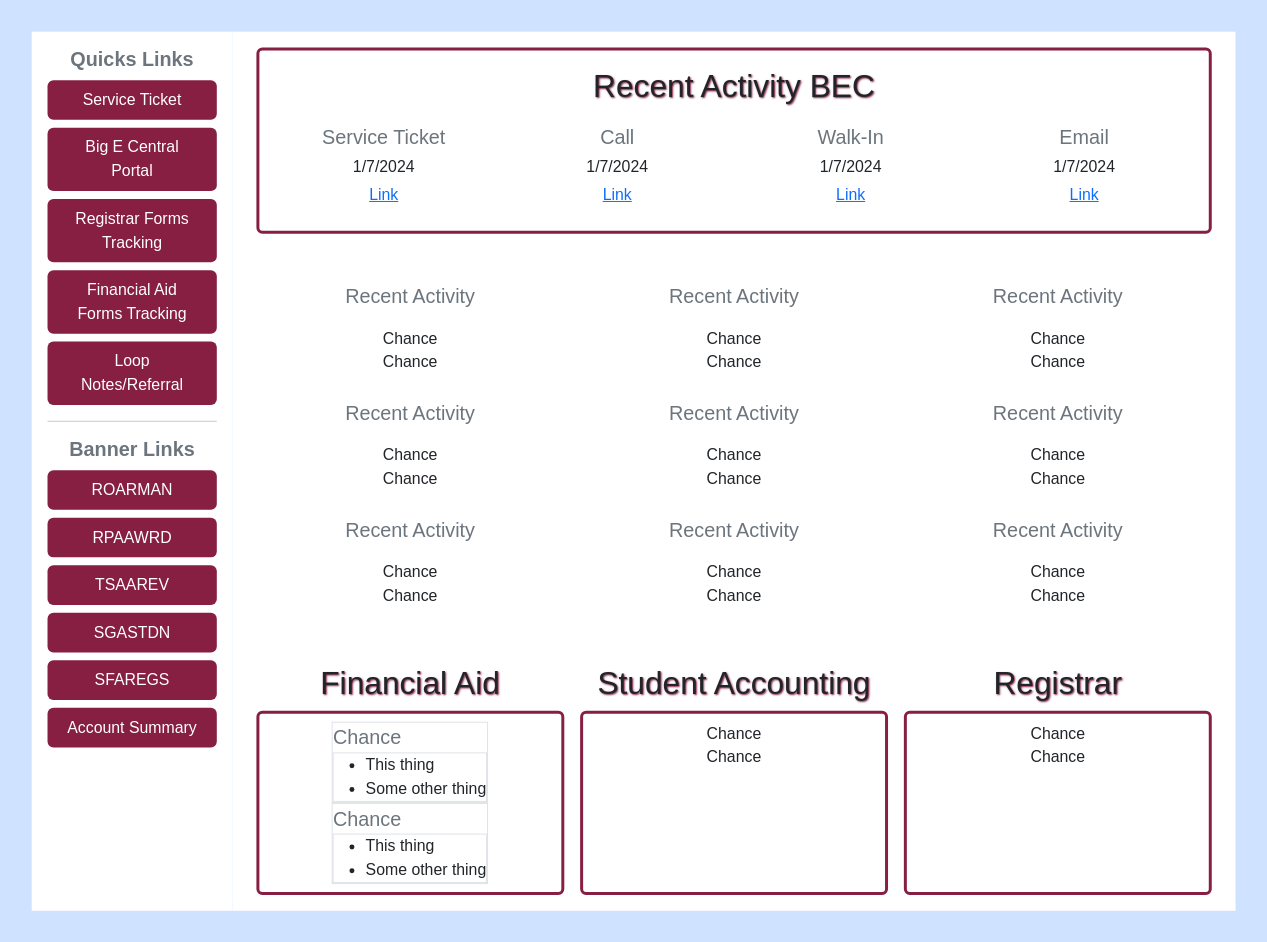
Repository: chancellor-w-whitaker/bec-tab
Page: /
These files come from the project's save history. The page is drawn as it stood at one moment and after the next save; the edit follows.
The browser window is 1280 px wide. The pictures show the whole page, at 99% of full size.
Some web fonts or font styles are not loaded; a fallback is used. The project was rebuilt for these pictures with package versions that can differ from the ones it lists, and the page was loaded fresh each time. Also part of the build but not shown: vite.config.js.

Above is the page before, as saved 2024-01-07 19:47:29.

### src/main.jsx
// Bootstrap Bundle JS
import "bootstrap/dist/js/bootstrap.bundle.min";
// Bootstrap CSS
import "bootstrap/dist/css/bootstrap.min.css";
import ReactDOM from "react-dom/client";
import React from "react";

import App from "./App.jsx";
import "./index.css";

ReactDOM.createRoot(document.getElementById("root")).render(
  <React.StrictMode>
    <App />
  </React.StrictMode>
);

### src/App.jsx
import { useEffect } from "react";

import "./App.css";

const genericSentences = [
  `It is a long established fact that a reader will be distracted by the readable content of a page when looking at its layout.`,
  `The point of using Lorem Ipsum is that it has a more-or-less normal distribution of letters, as opposed to using 'Content here, content here', making it look like readable English.`,
  `Many desktop publishing packages and web page editors now use Lorem Ipsum as their default model text, and a search for 'lorem ipsum' will uncover many web sites still in their infancy.`,
  `Various versions have evolved over the years, sometimes by accident, sometimes on purpose (injected humour and the like).`,
];

const ekuMaroon = "#861f41";

const ekuBorder = { border: `3px solid ${ekuMaroon}` };

const SomeBlock = ({
  paragraph = genericSentences.slice(0, 1).map((sen) => sen),
  href = "https://www.eku.edu/",
  title = "Chancellor",
  linkText = "Link",
  date,
}) => {
  return (
    <div className="p-2 d-flex flex-column gap-1 col">
      <div className="fs-5 text-secondary fw-medium">{title}</div>
      <div>{date}</div>
      <a rel="noreferrer" target="_blank" href={href}>
        {linkText}
      </a>
    </div>
  );
};

const ShadowyTitle = ({ children = "Placeholder" }) => {
  return (
    <div
      style={{ textShadow: `1px 1px 2px ${ekuMaroon}` }}
      className="fs-2 lh-sm"
    >
      {children}
    </div>
  );
};

const useBodyBgVariant = (bgVariant = "body-tertiary") => {
  useEffect(() => {
    document.body.classList.add(`bg-${bgVariant}`);

    return () => {
      document.body.classList.remove(`bg-${bgVariant}`);
    };
  }, [bgVariant]);
};

const Card = ({
  children = (
    <>
      <div>Chance</div>
      <div>Chance</div>
    </>
  ),
  title = <div className="fs-5 text-secondary fw-medium">Recent Activity</div>,
  width = 250,
  style = {},
}) => {
  return (
    <>
      <div className="d-flex flex-column gap-2 text-center" style={{ width }}>
        {title}
        <div className="p-2 rounded bg-white" style={{ ...style }}>
          {children}
        </div>
      </div>
    </>
  );
};

const NavItem = ({ href = "https://www.eku.edu/", ...rest }) => {
  return (
    <li className="nav-item">
      <a
        style={{ backgroundColor: ekuMaroon }}
        className="nav-link active"
        aria-current="page"
        rel="noreferrer"
        target="_blank"
        href={href}
        {...rest}
      ></a>
    </li>
  );
};

const Sidebar = () => {
  return (
    <>
      <div className="sidebar col-md-3 col-lg-2 p-3 bg-white">
        <div className="d-flex flex-column text-center">
          <div className="fs-5 mb-2 lh-sm fw-semibold text-secondary">
            Quicks Links
          </div>
          <ul className="nav nav-pills flex-column gap-2">
            <NavItem>Service Ticket</NavItem>
            <NavItem>Big E Central Portal</NavItem>
            <NavItem>Registrar Forms Tracking</NavItem>
            <NavItem>Financial Aid Forms Tracking</NavItem>
            <NavItem>Loop Notes/Referral</NavItem>
          </ul>
        </div>
        <hr></hr>
        <div className="d-flex flex-column text-center">
          <div className="fs-5 mb-2 lh-sm fw-semibold text-secondary">
            Banner Links
          </div>
          <ul className="nav nav-pills flex-column gap-2">
            <NavItem>ROARMAN</NavItem>
            <NavItem>RPAAWRD</NavItem>
            <NavItem>TSAAREV</NavItem>
            <NavItem>SGASTDN</NavItem>
            <NavItem>SFAREGS</NavItem>
            <NavItem>Account Summary</NavItem>
          </ul>
        </div>
      </div>
    </>
  );
};

const Main = () => {
  return (
    <>
      <div className="col-md-9 ms-sm-auto col-lg-10 px-md-4 py-3 bg-white">
        <div className="d-flex flex-column gap-5">
          {/* <div className="text-bg-light p-2"></div> */}
          {/* <Card width={"auto"}></Card> */}
          <div
            className="rounded text-center p-3 d-flex flex-column gap-2"
            style={{ ...ekuBorder }}
          >
            <ShadowyTitle>Recent Activity BEC</ShadowyTitle>
            <div className="d-flex gap-3 flex-wrap text-nowrap">
              <SomeBlock title={"Service Ticket"} date={"1/7/2024"}></SomeBlock>
              <SomeBlock date={"1/7/2024"} title={"Call"}></SomeBlock>
              <SomeBlock date={"1/7/2024"} title={"Walk-In"}></SomeBlock>
              <SomeBlock date={"1/7/2024"} title={"Email"}></SomeBlock>
            </div>
          </div>
          <div className="d-flex flex-row flex-wrap justify-content-around gap-3">
            <Card></Card>
            <Card></Card>
            <Card></Card>
            <Card></Card>
            <Card></Card>
            <Card></Card>
            <Card></Card>
            <Card></Card>
            <Card></Card>
          </div>
          <BottomRow></BottomRow>
        </div>
      </div>
    </>
  );
};

const BottomRow = () => {
  return (
    <>
      <div className="d-flex flex-row gap-3 flex-wrap">
        <div className="d-flex flex-column gap-2 text-center col">
          <div
            style={{ textShadow: "rgb(134, 31, 65) 1px 1px 2px" }}
            className="fs-2 lh-sm text-nowrap"
          >
            Financial Aid
          </div>
          <div
            className="h-100 p-2 rounded bg-white d-flex flex-column"
            style={{ border: "3px solid rgb(134, 31, 65)" }}
          >
            <div className="border mx-auto">
              <div className="d-flex">
                <div className="text-secondary fs-5 fw-medium">Chance</div>
              </div>
              <div className="d-flex">
                <div className="border text-start">
                  <ul className="mb-0">
                    <li>This thing</li>
                    <li>Some other thing</li>
                  </ul>
                </div>
              </div>
            </div>
            <div className="border mx-auto">
              <div className="d-flex">
                <div className="text-secondary fs-5 fw-medium">Chance</div>
              </div>
              <div className="d-flex">
                <div className="border text-start">
                  <ul className="mb-0">
                    <li>This thing</li>
                    <li>Some other thing</li>
                  </ul>
                </div>
              </div>
            </div>
          </div>
        </div>
        <div className="d-flex flex-column gap-2 text-center col">
          <div
            style={{ textShadow: "rgb(134, 31, 65) 1px 1px 2px" }}
            className="fs-2 lh-sm text-nowrap"
          >
            Student Accounting
          </div>
          <div
            style={{ border: "3px solid rgb(134, 31, 65)" }}
            className="h-100 p-2 rounded bg-white"
          >
            <div>Chance</div>
            <div>Chance</div>
          </div>
        </div>
        <div className="d-flex flex-column gap-2 text-center col">
          <div
            style={{ textShadow: "rgb(134, 31, 65) 1px 1px 2px" }}
            className="fs-2 lh-sm text-nowrap"
          >
            Registrar
          </div>
          <div
            style={{ border: "3px solid rgb(134, 31, 65)" }}
            className="h-100 p-2 rounded bg-white"
          >
            <div>Chance</div>
            <div>Chance</div>
          </div>
        </div>
      </div>
    </>
  );
};

const App = () => {
  useBodyBgVariant("primary-subtle");

  return (
    <div className="container-fluid">
      <div className="row">
        <Sidebar></Sidebar>
        <Main></Main>
      </div>
    </div>
  );
};

export default App;

### src/index.css
@font-face {
  font-family: poppins;
  font-style: normal;
  font-weight: 400;
  src: local("Poppins"),
    url(https://fonts.cdnfonts.com/s/16009/Poppins-Regular.woff) format("woff");
}
@font-face {
  font-family: poppins;
  font-style: normal;
  font-weight: 400;
  src: local("Poppins"),
    url(https://fonts.cdnfonts.com/s/16009/Poppins-Regular.woff) format("woff");
}
@font-face {
  font-family: poppins;
  font-style: italic;
  font-weight: 400;
  src: local("Poppins"),
    url(https://fonts.cdnfonts.com/s/16009/Poppins-Italic.woff) format("woff");
}
@font-face {
  font-family: poppins;
  font-style: italic;
  font-weight: 400;
  src: local("Poppins"),
    url(https://fonts.cdnfonts.com/s/16009/Poppins-Italic.woff) format("woff");
}
@font-face {
  font-family: poppins;
  font-style: normal;
  font-weight: 250;
  src: local("Poppins"),
    url(https://fonts.cdnfonts.com/s/16009/Poppins-Thin.woff) format("woff");
}
@font-face {
  font-family: poppins;
  font-style: normal;
  font-weight: 250;
  src: local("Poppins"),
    url(https://fonts.cdnfonts.com/s/16009/Poppins-Thin.woff) format("woff");
}
@font-face {
  font-family: poppins;
  font-style: italic;
  font-weight: 250;
  src: local("Poppins"),
    url(https://fonts.cdnfonts.com/s/16009/Poppins-ThinItalic.woff)
      format("woff");
}
@font-face {
  font-family: poppins;
  font-style: italic;
  font-weight: 250;
  src: local("Poppins"),
    url(https://fonts.cdnfonts.com/s/16009/Poppins-ThinItalic.woff)
      format("woff");
}
@font-face {
  font-family: poppins;
  font-style: normal;
  font-weight: 275;
  src: local("Poppins"),
    url(https://fonts.cdnfonts.com/s/16009/Poppins-ExtraLight.woff)
      format("woff");
}
@font-face {
  font-family: poppins;
  font-style: normal;
  font-weight: 275;
  src: local("Poppins"),
    url(https://fonts.cdnfonts.com/s/16009/Poppins-ExtraLight.woff)
      format("woff");
}
@font-face {
  font-family: poppins;
  font-style: italic;
  font-weight: 275;
  src: local("Poppins"),
    url(https://fonts.cdnfonts.com/s/16009/Poppins-ExtraLightItalic.woff)
      format("woff");
}
@font-face {
  font-family: poppins;
  font-style: italic;
  font-weight: 275;
  src: local("Poppins"),
    url(https://fonts.cdnfonts.com/s/16009/Poppins-ExtraLightItalic.woff)
      format("woff");
}
@font-face {
  font-family: poppins;
  font-style: normal;
  font-weight: 300;
  src: local("Poppins"),
    url(https://fonts.cdnfonts.com/s/16009/Poppins-Light.woff) format("woff");
}
@font-face {
  font-family: poppins;
  font-style: normal;
  font-weight: 300;
  src: local("Poppins"),
    url(https://fonts.cdnfonts.com/s/16009/Poppins-Light.woff) format("woff");
}
@font-face {
  font-family: poppins;
  font-style: italic;
  font-weight: 300;
  src: local("Poppins"),
    url(https://fonts.cdnfonts.com/s/16009/Poppins-LightItalic.woff)
      format("woff");
}
@font-face {
  font-family: poppins;
  font-style: italic;
  font-weight: 300;
  src: local("Poppins"),
    url(https://fonts.cdnfonts.com/s/16009/Poppins-LightItalic.woff)
      format("woff");
}
@font-face {
  font-family: poppins;
  font-style: normal;
  font-weight: 500;
  src: local("Poppins"),
    url(https://fonts.cdnfonts.com/s/16009/Poppins-Medium.woff) format("woff");
}
@font-face {
  font-family: poppins;
  font-style: normal;
  font-weight: 500;
  src: local("Poppins"),
    url(https://fonts.cdnfonts.com/s/16009/Poppins-Medium.woff) format("woff");
}
@font-face {
  font-family: poppins;
  font-style: italic;
  font-weight: 500;
  src: local("Poppins"),
    url(https://fonts.cdnfonts.com/s/16009/Poppins-MediumItalic.woff)
      format("woff");
}
@font-face {
  font-family: poppins;
  font-style: italic;
  font-weight: 500;
  src: local("Poppins"),
    url(https://fonts.cdnfonts.com/s/16009/Poppins-MediumItalic.woff)
      format("woff");
}
@font-face {
  font-family: poppins;
  font-style: normal;
  font-weight: 600;
  src: local("Poppins"),
    url(https://fonts.cdnfonts.com/s/16009/Poppins-SemiBold.woff) format("woff");
}
@font-face {
  font-family: poppins;
  font-style: normal;
  font-weight: 600;
  src: local("Poppins"),
    url(https://fonts.cdnfonts.com/s/16009/Poppins-SemiBold.woff) format("woff");
}
@font-face {
  font-family: poppins;
  font-style: italic;
  font-weight: 600;
  src: local("Poppins"),
    url(https://fonts.cdnfonts.com/s/16009/Poppins-SemiBoldItalic.woff)
      format("woff");
}
@font-face {
  font-family: poppins;
  font-style: italic;
  font-weight: 600;
  src: local("Poppins"),
    url(https://fonts.cdnfonts.com/s/16009/Poppins-SemiBoldItalic.woff)
      format("woff");
}
@font-face {
  font-family: poppins;
  font-style: normal;
  font-weight: 700;
  src: local("Poppins"),
    url(https://fonts.cdnfonts.com/s/16009/Poppins-Bold.woff) format("woff");
}
@font-face {
  font-family: poppins;
  font-style: normal;
  font-weight: 700;
  src: local("Poppins"),
    url(https://fonts.cdnfonts.com/s/16009/Poppins-Bold.woff) format("woff");
}
@font-face {
  font-family: poppins;
  font-style: italic;
  font-weight: 700;
  src: local("Poppins"),
    url(https://fonts.cdnfonts.com/s/16009/Poppins-BoldItalic.woff)
      format("woff");
}
@font-face {
  font-family: poppins;
  font-style: italic;
  font-weight: 700;
  src: local("Poppins"),
    url(https://fonts.cdnfonts.com/s/16009/Poppins-BoldItalic.woff)
      format("woff");
}
@font-face {
  font-family: poppins;
  font-style: normal;
  font-weight: 800;
  src: local("Poppins"),
    url(https://fonts.cdnfonts.com/s/16009/Poppins-ExtraBold.woff)
      format("woff");
}
@font-face {
  font-family: poppins;
  font-style: normal;
  font-weight: 800;
  src: local("Poppins"),
    url(https://fonts.cdnfonts.com/s/16009/Poppins-ExtraBold.woff)
      format("woff");
}
@font-face {
  font-family: poppins;
  font-style: italic;
  font-weight: 800;
  src: local("Poppins"),
    url(https://fonts.cdnfonts.com/s/16009/Poppins-ExtraBoldItalic.woff)
      format("woff");
}
@font-face {
  font-family: poppins;
  font-style: italic;
  font-weight: 800;
  src: local("Poppins"),
    url(https://fonts.cdnfonts.com/s/16009/Poppins-ExtraBoldItalic.woff)
      format("woff");
}
@font-face {
  font-family: poppins;
  font-style: normal;
  font-weight: 900;
  src: local("Poppins"),
    url(https://fonts.cdnfonts.com/s/16009/Poppins-Black.woff) format("woff");
}
@font-face {
  font-family: poppins;
  font-style: normal;
  font-weight: 900;
  src: local("Poppins"),
    url(https://fonts.cdnfonts.com/s/16009/Poppins-Black.woff) format("woff");
}
@font-face {
  font-family: poppins;
  font-style: italic;
  font-weight: 900;
  src: local("Poppins"),
    url(https://fonts.cdnfonts.com/s/16009/Poppins-BlackItalic.woff)
      format("woff");
}
@font-face {
  font-family: poppins;
  font-style: italic;
  font-weight: 900;
  src: local("Poppins"),
    url(https://fonts.cdnfonts.com/s/16009/Poppins-BlackItalic.woff)
      format("woff");
}

:root,
[data-bs-theme="light"] {
  --bs-font-sans-serif: "Poppins", sans-serif;

  --bs-box-shadow: 0px 3px 3px -2px rgba(0, 0, 0, 0.2),
    0px 3px 4px 0px rgba(0, 0, 0, 0.14), 0px 1px 8px 0px rgba(0, 0, 0, 0.12);
  --bs-box-shadow-sm: 0px 3px 1px -2px rgba(0, 0, 0, 0.2),
    0px 2px 2px 0px rgba(0, 0, 0, 0.14), 0px 1px 5px 0px rgba(0, 0, 0, 0.12);
  --bs-box-shadow-lg: 0px 2px 4px -1px rgba(0, 0, 0, 0.2),
    0px 4px 5px 0px rgba(0, 0, 0, 0.14), 0px 1px 10px 0px rgba(0, 0, 0, 0.12);
}

Loaded but not shown: index.html (common file); src/App.css (common file)

After the next save:
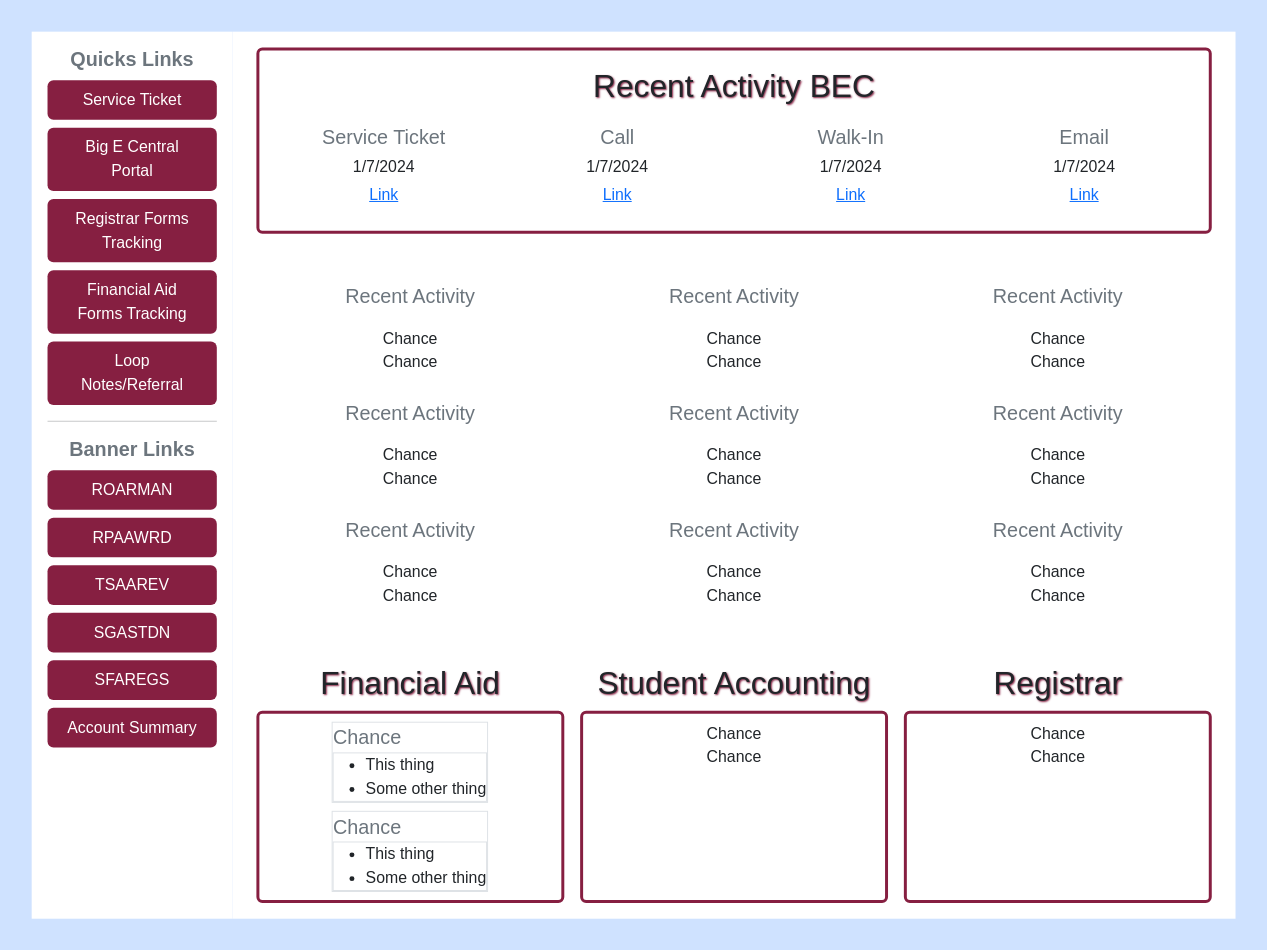
Saved 17 s later.
--- a/src/App.jsx
+++ b/src/App.jsx
@@ -175,7 +175,7 @@ const BottomRow = () => {
             Financial Aid
           </div>
           <div
-            className="h-100 p-2 rounded bg-white d-flex flex-column"
+            className="h-100 p-2 rounded bg-white d-flex flex-column gap-2"
             style={{ border: "3px solid rgb(134, 31, 65)" }}
           >
             <div className="border mx-auto">
